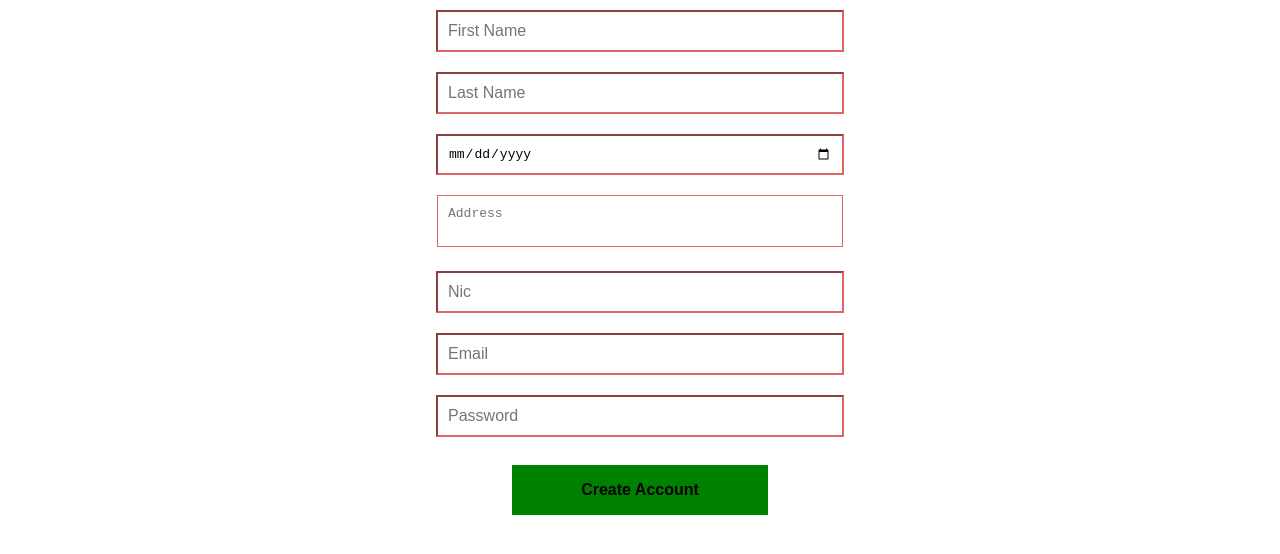
Repository: developerks611/loanweb
Page: http://localhost/loan-web/customerReg.jsp
An editor plug-in stored every save of this project. The page is shown before and after the next save, followed by the edit.
The browser window is 1280 px wide. The pictures show the whole page.
The page is served by Tomcat 9. Other server files are loaded and not shown.

Above is the page before, as saved 2023-03-10 11:55:04.

### loan-web/src/main/webapp/customerReg.jsp
<%@ page language="java" contentType="text/html; charset=ISO-8859-1"
    pageEncoding="ISO-8859-1" isELIgnored="false"%>
 <%@ taglib prefix = "tag" uri = "http://java.sun.com/jsp/jstl/core" %>
<!DOCTYPE html>
<html>
<head>

<style>
textarea{
	resize:none;
	font-size:100%;
}

* {
  padding: 0;
  margin: 0;
}

body {
  font-family: Arial, Tahoma, Serif;
  color: #263238;
}

nav {
  display: flex;
  justify-content:space-between;
  align-items: center;
  padding: 1rem 2rem;
  background: #e06666;
}

nav ul {
  display: flex;
  list-style: none;
}

nav li {
  padding-left: 1rem;
}

nav a {
  text-decoration: none;
  color: black;
  font-weight:bold;
}

.container {
 text-align:center;
}

.txt_input{

	width:30%;
	height:auto;
	margin:10px;
	padding:10px;
	font-size:100%;
	border-color:#e06666;
}


.createAccount{

	background-color:green;
	outline: none;
    border: none;
    width:20%;
    height:50px;;
    font-size:100%;
    padding:10px;
    font-weight:bold;
}

.msg{
	color:red;

	font-weight:bold;


}
 /*
  Extra small devices (phones, 600px and down)
*/
@media only screen and (max-width: 600px) {
  nav {
    flex-direction: column;
  }
  nav ul {
    flex-direction: column;
    padding-top: 0.5rem;
  }
  nav li {
    padding: 0.5rem 0;
  }
}
</style>
<meta charset="ISO-8859-1">
<title>Customer Registration</title>
</head>

<body>

<div  class="container">
<div id="msg" class="msg"></div>
<p class="msg">${message }<p>
<form action="addData" method="post">
<input type="text" name="fname" placeholder="First Name" required class="txt_input"><br>
<input type="text" name="lname" placeholder="Last Name" required class="txt_input"><br>
<input type="date" name="dob" required class="txt_input" id="dob" onChange="ageCalculator()"><br>
<textarea placeholder="Address" required name="adress" required class="txt_input"></textarea ><br>
<input type="text" name="nic" placeholder="Nic" required class="txt_input"><br>
<input type="email" name="email" placeholder="Email" required class="txt_input"><br>
<input type="password" name="password" placeholder="Password" required class="txt_input"><br><br>
<input type="hidden" name="action" value="addClient">

<button type="submit" class="btn btn-success createAccount">Create Account</button>

</form>
</div>
<script>
function ageCalculator() {
    var userinput = document.getElementById("dob").value;
    var dob = new Date(userinput);


    //calculate month difference from current date in time
    var month_diff = Date.now() - dob.getTime();

    //convert the calculated difference in date format
    var age_dt = new Date(month_diff);

    //extract year from date
    var year = age_dt.getUTCFullYear();

    //now calculate the age of the user
    var age = Math.abs(year - 1970);

    if(age>=18){


    }
    else{

       document.getElementById("dob").value = "";
       document.getElementById("msg").innerHTML = "*** Sorry Age not enough ***";

    }

    //display the calculated age


}
</script>
</body>
</html>

After the next save:
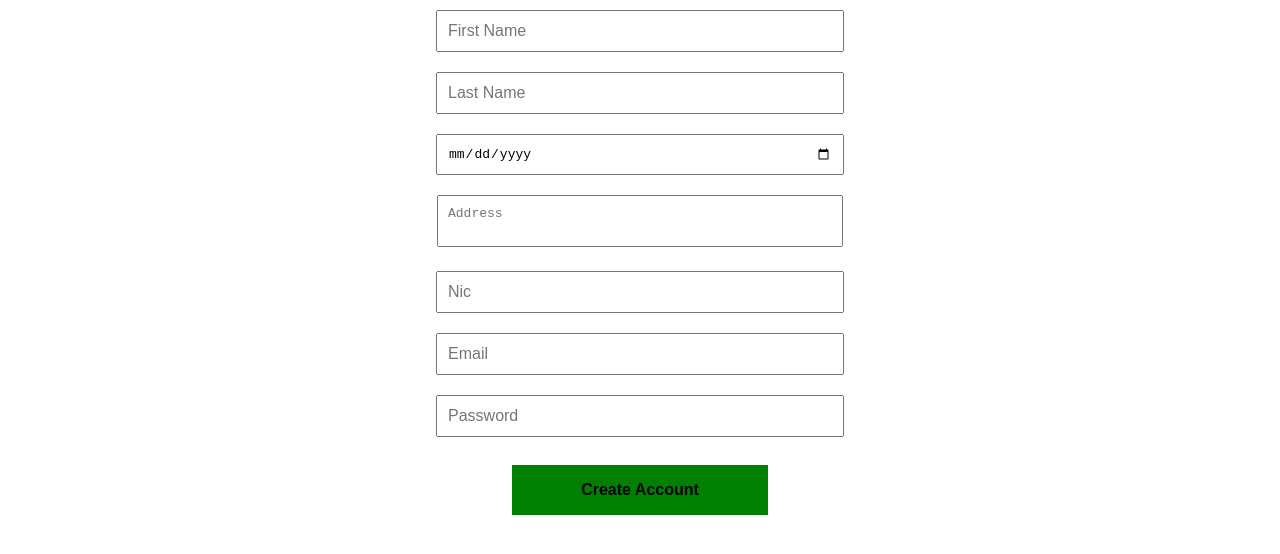
Saved 12 s later.
--- a/loan-web/src/main/webapp/customerReg.jsp
+++ b/loan-web/src/main/webapp/customerReg.jsp
@@ -55,7 +55,7 @@ nav a {
 	margin:10px;
 	padding:10px;
 	font-size:100%;
-	border-color:#e06666;
+
 }
 
 
